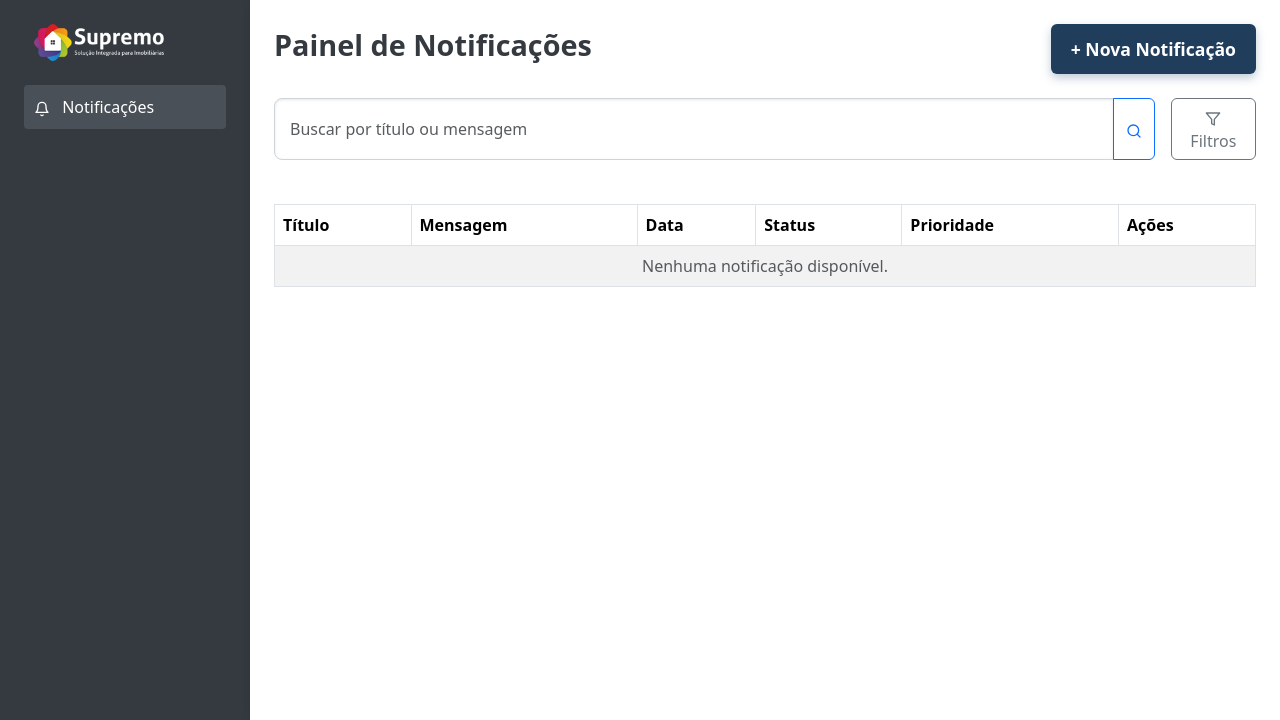
Repository: ryanmarinhodev/Supremo-teste-tecnico
Page: /notifications
These files come from the project's save history. The page is drawn as it stood at one moment and after the next save; the edit follows.
The browser window is 1280 px wide. The pictures show the whole page.
The project was rebuilt for these pictures with package versions that can differ from the ones it lists, and the page was loaded fresh each time. Also part of the build but not shown: src/App.css, src/Components/Login/index.jsx.

Above is the page before, as saved 2024-11-07 18:11:40.

### src/Components/Notifications/notification.jsx
import React, { useState } from "react";
import {
  Modal,
  Button,
  Form,
  Table,
  Badge,
  InputGroup,
  FormControl,
} from "react-bootstrap";
import {
  FiBell,
  FiEdit,
  FiTrash2,
  FiSearch,
  FiFilter,
  FiCheckCircle,
} from "react-icons/fi";
import "./notification.css";
import Logo from "../../assets/logo-supremo-branco.png";

const EnhancedNotificationsDashboard = () => {
  const [notifications, setNotifications] = useState([]);
  const [showModal, setShowModal] = useState(false);
  const [search, setSearch] = useState("");
  const [currentNotification, setCurrentNotification] = useState({
    id: null,
    title: "",
    message: "",
    date: "",
    status: "Não Lida",
    priority: "Normal",
  });

  // Abre o modal para adicionar ou editar uma notificação
  const openModal = (
    notification = {
      title: "",
      message: "",
      date: "",
      status: "Não Lida",
      priority: "Normal",
    }
  ) => {
    setCurrentNotification(notification);
    setShowModal(true);
  };

  // Fecha o modal e reseta os dados do formulário
  const closeModal = () => {
    setShowModal(false);
    setCurrentNotification({
      id: null,
      title: "",
      message: "",
      date: "",
      status: "Não Lida",
      priority: "Normal",
    });
  };

  // Manipula mudanças nos campos do formulário
  const handleChange = (e) => {
    const { name, value } = e.target;
    setCurrentNotification((prev) => ({ ...prev, [name]: value }));
  };

  // Envia a notificação (para adicionar ou editar)
  const handleSubmit = () => {
    if (currentNotification.id) {
      setNotifications((prev) =>
        prev.map((notif) =>
          notif.id === currentNotification.id ? currentNotification : notif
        )
      );
    } else {
      setNotifications((prev) => [
        ...prev,
        { ...currentNotification, id: Date.now() },
      ]);
    }
    closeModal();
  };

  // Exclui a notificação
  const handleDelete = (id) => {
    setNotifications((prev) => prev.filter((notif) => notif.id !== id));
  };

  // Marca a notificação como "Lida"
  const markAsRead = (id) => {
    setNotifications((prev) =>
      prev.map((notif) =>
        notif.id === id ? { ...notif, status: "Lida" } : notif
      )
    );
  };

  return (
    <div className="dashboard-container d-flex">
      <aside className="sidebar p-4">
        <img src={Logo} alt="Logotipo Supremo" className="logo" />
        <ul className="nav flex-column mt-4">
          <li className="nav-item mb-2">
            <a href="/notifications" className="nav-link active">
              <FiBell className="me-2" /> Notificações
            </a>
          </li>
        </ul>
      </aside>

      {/* Área Principal */}
      <div className="content flex-grow-1 p-4">
        <header className="d-flex justify-content-between align-items-center mb-4">
          <h2 className="page-title">Painel de Notificações</h2>
          <Button variant="primary" onClick={() => openModal()}>
            + Nova Notificação
          </Button>
        </header>

        {/* Barra de Busca e Filtro */}
        <div className="d-flex mb-4">
          <InputGroup className="me-2">
            <FormControl
              placeholder="Buscar por título ou mensagem"
              value={search}
              onChange={(e) => setSearch(e.target.value)}
            />
            <Button variant="outline-primary">
              <FiSearch />
            </Button>
          </InputGroup>
          <Button variant="outline-secondary" className="ms-2">
            <FiFilter /> Filtros
          </Button>
        </div>

        {/* Tabela de Notificações */}
        <Table striped bordered hover responsive>
          <thead>
            <tr>
              <th>Título</th>
              <th>Mensagem</th>
              <th>Data</th>
              <th>Status</th>
              <th>Prioridade</th>
              <th>Ações</th>
            </tr>
          </thead>
          <tbody>
            {notifications.length > 0 ? (
              notifications.map((notification) => (
                <tr key={notification.id}>
                  <td>{notification.title}</td>
                  <td>{notification.message}</td>
                  <td>{notification.date}</td>
                  <td>
                    <Badge
                      bg={
                        notification.status === "Não Lida"
                          ? "warning"
                          : "success"
                      }
                    >
                      {notification.status}
                    </Badge>
                  </td>
                  <td>
                    <Badge
                      bg={notification.priority === "Alta" ? "danger" : "info"}
                    >
                      {notification.priority}
                    </Badge>
                  </td>
                  <td>
                    <Button
                      variant="outline-secondary"
                      size="sm"
                      className="me-2"
                      onClick={() => openModal(notification)}
                    >
                      <FiEdit /> Editar
                    </Button>
                    <Button
                      variant="outline-danger"
                      size="sm"
                      onClick={() => handleDelete(notification.id)}
                    >
                      <FiTrash2 /> Excluir
                    </Button>
                    {notification.status === "Não Lida" && (
                      <Button
                        variant="outline-success"
                        size="sm"
                        className="ms-2"
                        onClick={() => markAsRead(notification.id)}
                      >
                        <FiCheckCircle /> Marcar como Lida
                      </Button>
                    )}
                  </td>
                </tr>
              ))
            ) : (
              <tr>
                <td colSpan="6" className="text-center text-muted">
                  Nenhuma notificação disponível.
                </td>
              </tr>
            )}
          </tbody>
        </Table>
      </div>

      <Modal show={showModal} onHide={closeModal}>
        <Modal.Header closeButton>
          <Modal.Title>
            {currentNotification.id
              ? "Editar Notificação"
              : "Cadastrar Notificação"}
          </Modal.Title>
        </Modal.Header>
        <Modal.Body>
          <Form>
            <Form.Group className="mb-3">
              <Form.Label>Título</Form.Label>
              <Form.Control
                type="text"
                placeholder="Título da Notificação"
                name="title"
                value={currentNotification.title}
                onChange={handleChange}
              />
            </Form.Group>
            <Form.Group className="mb-3">
              <Form.Label>Mensagem</Form.Label>
              <Form.Control
                as="textarea"
                rows={3}
                placeholder="Mensagem da Notificação"
                name="message"
                value={currentNotification.message}
                onChange={handleChange}
              />
            </Form.Group>
            <Form.Group className="mb-3">
              <Form.Label>Data de Envio</Form.Label>
              <Form.Control
                type="date"
                name="date"
                value={currentNotification.date}
                onChange={handleChange}
              />
            </Form.Group>
            <Form.Group className="mb-3">
              <Form.Label>Prioridade</Form.Label>
              <Form.Select
                name="priority"
                value={currentNotification.priority}
                onChange={handleChange}
              >
                <option value="Normal">Normal</option>
                <option value="Alta">Alta</option>
              </Form.Select>
            </Form.Group>
          </Form>
        </Modal.Body>
        <Modal.Footer>
          <Button variant="secondary" onClick={closeModal}>
            Cancelar
          </Button>
          <Button variant="primary" onClick={handleSubmit}>
            {currentNotification.id ? "Salvar Alterações" : "Cadastrar"}
          </Button>
        </Modal.Footer>
      </Modal>
    </div>
  );
};

export default EnhancedNotificationsDashboard;

Loaded but not shown: public/index.html (common file); src/index.js (common file); src/index.css (common file); src/reportWebVitals.js (common file); src/App.js (17 lines, source omitted); src/Components/Login/styles.css (181 lines, source omitted); src/Components/Notifications/notification.css (207 lines, source omitted)

After the next save:
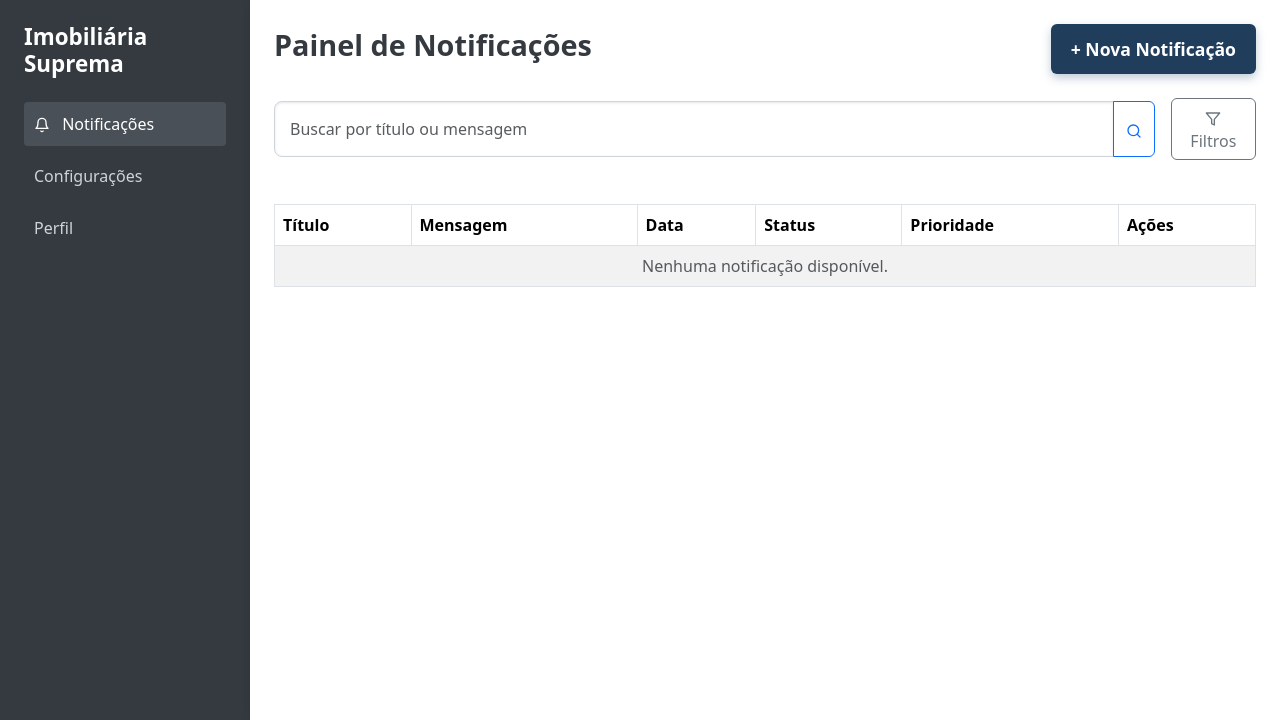
Saved 115 s later.
--- a/src/Components/Notifications/notification.jsx
+++ b/src/Components/Notifications/notification.jsx
@@ -17,12 +17,12 @@
   FiCheckCircle,
 } from "react-icons/fi";
 import "./notification.css";
-import Logo from "../../assets/logo-supremo-branco.png";
 
 const EnhancedNotificationsDashboard = () => {
   const [notifications, setNotifications] = useState([]);
   const [showModal, setShowModal] = useState(false);
   const [search, setSearch] = useState("");
+  const [sidebarActive, setSidebarActive] = useState(false);
   const [currentNotification, setCurrentNotification] = useState({
     id: null,
     title: "",
@@ -32,7 +32,9 @@
     priority: "Normal",
   });
 
-  // Abre o modal para adicionar ou editar uma notificação
+  // Alterna a sidebar em telas menores
+  const toggleSidebar = () => setSidebarActive(!sidebarActive);
+
   const openModal = (
     notification = {
       title: "",
@@ -46,7 +48,6 @@
     setShowModal(true);
   };
 
-  // Fecha o modal e reseta os dados do formulário
   const closeModal = () => {
     setShowModal(false);
     setCurrentNotification({
@@ -59,13 +60,11 @@
     });
   };
 
-  // Manipula mudanças nos campos do formulário
   const handleChange = (e) => {
     const { name, value } = e.target;
     setCurrentNotification((prev) => ({ ...prev, [name]: value }));
   };
 
-  // Envia a notificação (para adicionar ou editar)
   const handleSubmit = () => {
     if (currentNotification.id) {
       setNotifications((prev) =>
@@ -82,12 +81,10 @@
     closeModal();
   };
 
-  // Exclui a notificação
   const handleDelete = (id) => {
     setNotifications((prev) => prev.filter((notif) => notif.id !== id));
   };
 
-  // Marca a notificação como "Lida"
   const markAsRead = (id) => {
     setNotifications((prev) =>
       prev.map((notif) =>
@@ -98,18 +95,32 @@
 
   return (
     <div className="dashboard-container d-flex">
-      <aside className="sidebar p-4">
-        <img src={Logo} alt="Logotipo Supremo" className="logo" />
+      {/* Botão de alternância da sidebar em telas pequenas */}
+      <button className="sidebar-toggle" onClick={toggleSidebar}>
+        <FiBell /> Menu
+      </button>
+
+      <aside className={`sidebar p-4 ${sidebarActive ? "active" : ""}`}>
+        <h4>Imobiliária Suprema</h4>
         <ul className="nav flex-column mt-4">
           <li className="nav-item mb-2">
             <a href="/notifications" className="nav-link active">
               <FiBell className="me-2" /> Notificações
             </a>
           </li>
+          <li className="nav-item mb-2">
+            <a href="/settings" className="nav-link">
+              Configurações
+            </a>
+          </li>
+          <li className="nav-item">
+            <a href="/profile" className="nav-link">
+              Perfil
+            </a>
+          </li>
         </ul>
       </aside>
 
-      {/* Área Principal */}
       <div className="content flex-grow-1 p-4">
         <header className="d-flex justify-content-between align-items-center mb-4">
           <h2 className="page-title">Painel de Notificações</h2>
@@ -118,8 +129,7 @@
           </Button>
         </header>
 
-        {/* Barra de Busca e Filtro */}
-        <div className="d-flex mb-4">
+        <div className="button-container mb-4">
           <InputGroup className="me-2">
             <FormControl
               placeholder="Buscar por título ou mensagem"
@@ -135,7 +145,6 @@
           </Button>
         </div>
 
-        {/* Tabela de Notificações */}
         <Table striped bordered hover responsive>
           <thead>
             <tr>
@@ -211,69 +220,6 @@
           </tbody>
         </Table>
       </div>
-
-      <Modal show={showModal} onHide={closeModal}>
-        <Modal.Header closeButton>
-          <Modal.Title>
-            {currentNotification.id
-              ? "Editar Notificação"
-              : "Cadastrar Notificação"}
-          </Modal.Title>
-        </Modal.Header>
-        <Modal.Body>
-          <Form>
-            <Form.Group className="mb-3">
-              <Form.Label>Título</Form.Label>
-              <Form.Control
-                type="text"
-                placeholder="Título da Notificação"
-                name="title"
-                value={currentNotification.title}
-                onChange={handleChange}
-              />
-            </Form.Group>
-            <Form.Group className="mb-3">
-              <Form.Label>Mensagem</Form.Label>
-              <Form.Control
-                as="textarea"
-                rows={3}
-                placeholder="Mensagem da Notificação"
-                name="message"
-                value={currentNotification.message}
-                onChange={handleChange}
-              />
-            </Form.Group>
-            <Form.Group className="mb-3">
-              <Form.Label>Data de Envio</Form.Label>
-              <Form.Control
-                type="date"
-                name="date"
-                value={currentNotification.date}
-                onChange={handleChange}
-              />
-            </Form.Group>
-            <Form.Group className="mb-3">
-              <Form.Label>Prioridade</Form.Label>
-              <Form.Select
-                name="priority"
-                value={currentNotification.priority}
-                onChange={handleChange}
-              >
-                <option value="Normal">Normal</option>
-                <option value="Alta">Alta</option>
-              </Form.Select>
-            </Form.Group>
-          </Form>
-        </Modal.Body>
-        <Modal.Footer>
-          <Button variant="secondary" onClick={closeModal}>
-            Cancelar
-          </Button>
-          <Button variant="primary" onClick={handleSubmit}>
-            {currentNotification.id ? "Salvar Alterações" : "Cadastrar"}
-          </Button>
-        </Modal.Footer>
-      </Modal>
     </div>
   );
 };

After the save that followed:
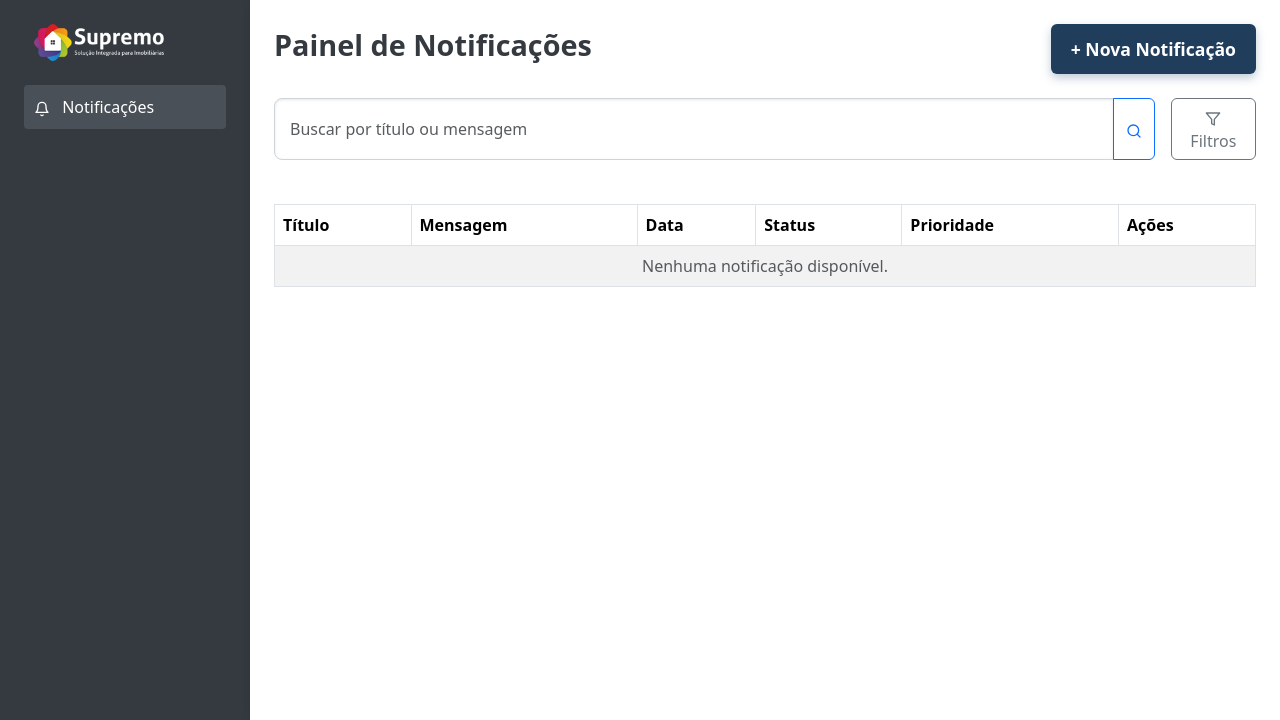
Saved 7 s later.
--- a/src/Components/Notifications/notification.jsx
+++ b/src/Components/Notifications/notification.jsx
@@ -17,12 +17,12 @@
   FiCheckCircle,
 } from "react-icons/fi";
 import "./notification.css";
+import Logo from "../../assets/logo-supremo-branco.png";
 
 const EnhancedNotificationsDashboard = () => {
   const [notifications, setNotifications] = useState([]);
   const [showModal, setShowModal] = useState(false);
   const [search, setSearch] = useState("");
-  const [sidebarActive, setSidebarActive] = useState(false);
   const [currentNotification, setCurrentNotification] = useState({
     id: null,
     title: "",
@@ -32,9 +32,7 @@
     priority: "Normal",
   });
 
-  // Alterna a sidebar em telas menores
-  const toggleSidebar = () => setSidebarActive(!sidebarActive);
-
+  // Abre o modal para adicionar ou editar uma notificação
   const openModal = (
     notification = {
       title: "",
@@ -48,6 +46,7 @@
     setShowModal(true);
   };
 
+  // Fecha o modal e reseta os dados do formulário
   const closeModal = () => {
     setShowModal(false);
     setCurrentNotification({
@@ -60,11 +59,13 @@
     });
   };
 
+  // Manipula mudanças nos campos do formulário
   const handleChange = (e) => {
     const { name, value } = e.target;
     setCurrentNotification((prev) => ({ ...prev, [name]: value }));
   };
 
+  // Envia a notificação (para adicionar ou editar)
   const handleSubmit = () => {
     if (currentNotification.id) {
       setNotifications((prev) =>
@@ -81,10 +82,12 @@
     closeModal();
   };
 
+  // Exclui a notificação
   const handleDelete = (id) => {
     setNotifications((prev) => prev.filter((notif) => notif.id !== id));
   };
 
+  // Marca a notificação como "Lida"
   const markAsRead = (id) => {
     setNotifications((prev) =>
       prev.map((notif) =>
@@ -95,32 +98,18 @@
 
   return (
     <div className="dashboard-container d-flex">
-      {/* Botão de alternância da sidebar em telas pequenas */}
-      <button className="sidebar-toggle" onClick={toggleSidebar}>
-        <FiBell /> Menu
-      </button>
-
-      <aside className={`sidebar p-4 ${sidebarActive ? "active" : ""}`}>
-        <h4>Imobiliária Suprema</h4>
+      <aside className="sidebar p-4">
+        <img src={Logo} alt="Logotipo Supremo" className="logo" />
         <ul className="nav flex-column mt-4">
           <li className="nav-item mb-2">
             <a href="/notifications" className="nav-link active">
               <FiBell className="me-2" /> Notificações
             </a>
           </li>
-          <li className="nav-item mb-2">
-            <a href="/settings" className="nav-link">
-              Configurações
-            </a>
-          </li>
-          <li className="nav-item">
-            <a href="/profile" className="nav-link">
-              Perfil
-            </a>
-          </li>
         </ul>
       </aside>
 
+      {/* Área Principal */}
       <div className="content flex-grow-1 p-4">
         <header className="d-flex justify-content-between align-items-center mb-4">
           <h2 className="page-title">Painel de Notificações</h2>
@@ -129,7 +118,8 @@
           </Button>
         </header>
 
-        <div className="button-container mb-4">
+        {/* Barra de Busca e Filtro */}
+        <div className="d-flex mb-4">
           <InputGroup className="me-2">
             <FormControl
               placeholder="Buscar por título ou mensagem"
@@ -145,6 +135,7 @@
           </Button>
         </div>
 
+        {/* Tabela de Notificações */}
         <Table striped bordered hover responsive>
           <thead>
             <tr>
@@ -220,6 +211,69 @@
           </tbody>
         </Table>
       </div>
+
+      <Modal show={showModal} onHide={closeModal}>
+        <Modal.Header closeButton>
+          <Modal.Title>
+            {currentNotification.id
+              ? "Editar Notificação"
+              : "Cadastrar Notificação"}
+          </Modal.Title>
+        </Modal.Header>
+        <Modal.Body>
+          <Form>
+            <Form.Group className="mb-3">
+              <Form.Label>Título</Form.Label>
+              <Form.Control
+                type="text"
+                placeholder="Título da Notificação"
+                name="title"
+                value={currentNotification.title}
+                onChange={handleChange}
+              />
+            </Form.Group>
+            <Form.Group className="mb-3">
+              <Form.Label>Mensagem</Form.Label>
+              <Form.Control
+                as="textarea"
+                rows={3}
+                placeholder="Mensagem da Notificação"
+                name="message"
+                value={currentNotification.message}
+                onChange={handleChange}
+              />
+            </Form.Group>
+            <Form.Group className="mb-3">
+              <Form.Label>Data de Envio</Form.Label>
+              <Form.Control
+                type="date"
+                name="date"
+                value={currentNotification.date}
+                onChange={handleChange}
+              />
+            </Form.Group>
+            <Form.Group className="mb-3">
+              <Form.Label>Prioridade</Form.Label>
+              <Form.Select
+                name="priority"
+                value={currentNotification.priority}
+                onChange={handleChange}
+              >
+                <option value="Normal">Normal</option>
+                <option value="Alta">Alta</option>
+              </Form.Select>
+            </Form.Group>
+          </Form>
+        </Modal.Body>
+        <Modal.Footer>
+          <Button variant="secondary" onClick={closeModal}>
+            Cancelar
+          </Button>
+          <Button variant="primary" onClick={handleSubmit}>
+            {currentNotification.id ? "Salvar Alterações" : "Cadastrar"}
+          </Button>
+        </Modal.Footer>
+      </Modal>
     </div>
   );
 };
